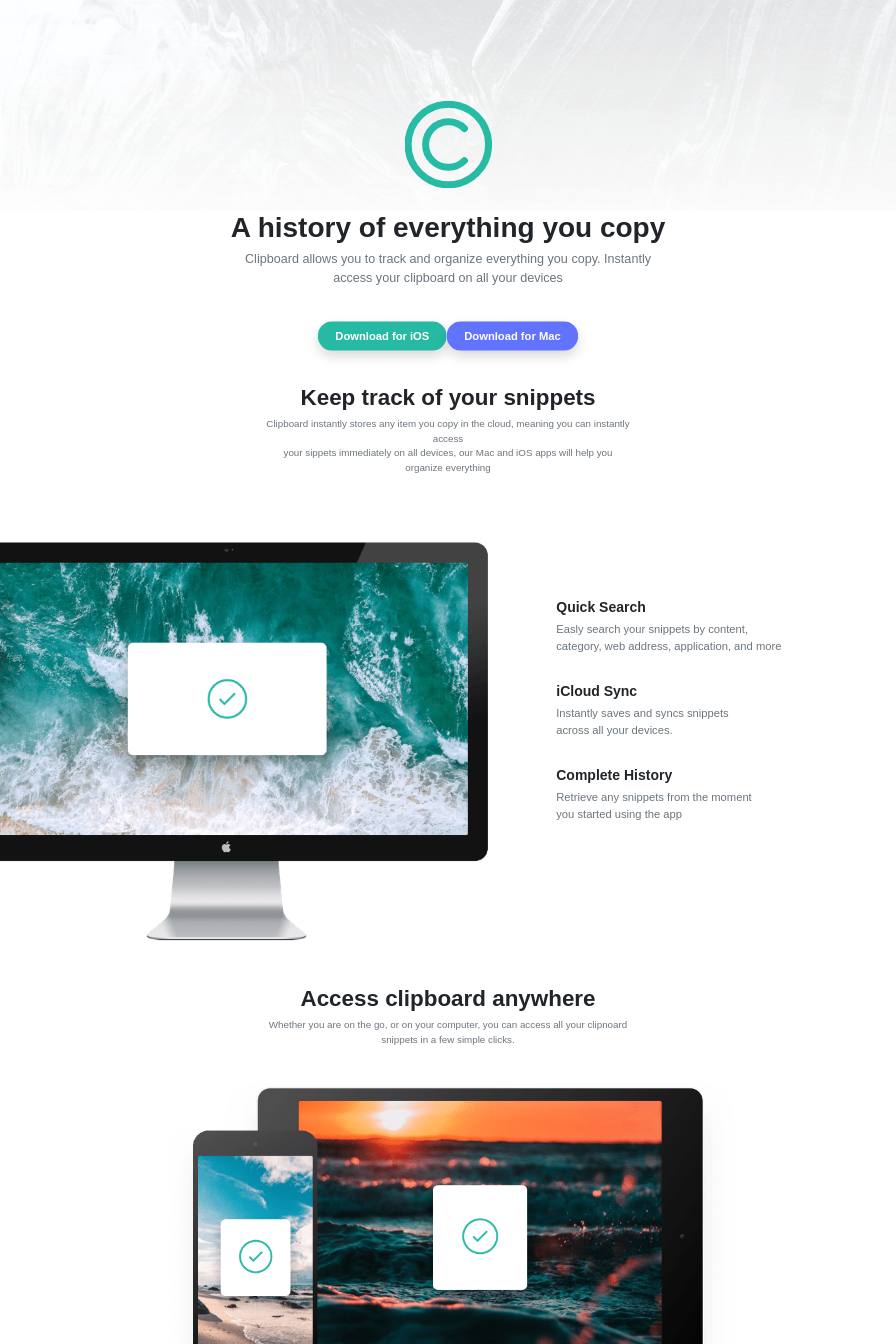
Repository: Kenkeluke/Clipboard-landing-page
Page: index.html
An editor plug-in stored every save of this project. The page is shown before and after a run of saves, followed by the edit.
The browser window is 1280 px wide. The pictures show the part of the page from y = 0 to 1920 px (the page is 3015 px tall before and 3019 px after), at 70% of full size.
Some web fonts or font styles are not loaded; a fallback is used.

Above is the page before, as saved 2022-09-03 23:50:12.

### index.html
<!DOCTYPE html>

<html>
  <head>
    <meta charset="utf-8">
    <meta http-equiv="X-UA-Compatible" content="IE=edge">
    <title> Clipboard landing page</title>
    <meta name="description" content="">
    <meta name="viewport" content="width=device-width, initial-scale=1">
    <link href="https://cdn.jsdelivr.net/npm/bootstrap@5.0.2/dist/css/bootstrap.min.css" rel="stylesheet" integrity="sha384-EVSTQN3/azprG1Anm3QDgpJLIm9Nao0Yz1ztcQTwFspd3yD65VohhpuuCOmLASjC" crossorigin="anonymous">
    <link rel="stylesheet" href="styles.css">
  </head>
  <body>

<section id="hero" class="container-fluid d-flex justify-content-center align-items-center pt-5 ">
  <figure class=" pt-5 pb-3 mt-5 mb-3">
    <img src="./images/logo.svg" alt="" class="img-fluid" >
  </figure>
</section>

<section  id="second" class="d-flex flex-column justify-content-center align-items-center mb-5">
  <h1 class="fw-bolder col-md-6 text-center"> A history of everything you copy </h1>

  <p class="text-muted col-md-6 text-center mb-5 paragraph">
    Clipboard allows you to track and organize everything you copy. Instantly<br> access your clipboard on all your devices
  </p>

  <div class="button-group d-flex flex-md-row flex-column justify-content-around">
    <button type="button" class="btn rounded-pill shadow cyan text-white py-2 px-4 fw-bolder">Download for iOS</button>
    <button type="button" class="btn rounded-pill shadow blue text-white py-2 px-4 fw-bolder fs-6">Download for Mac</button>
  </div>
</section>

<section id="third" class="d-flex flex-column justify-content-center align-items-center my-5">
  <h2 class="fw-bolder col-md-6 text-center"> Keep track of your snippets </h2>

  <p class="text-muted col-md-5 text-center mb-5 small-paragraph">
    Clipboard instantly stores any item you copy in the cloud, meaning you can instantly access<br>
  your sippets immediately on all devices, our Mac and iOS apps will help you <br> organize everything  </p>

</section>


<section id="fourth" class="d-flex flex-md-row flex-column my-5">

  <figure class="col-md-7">
    <img src="./images/image-computer.png" alt="mac monitor" srcset=""
    class="img-fluid image-cut">
  </figure>

  <article class="col-md-5 col d-flex flex-column justify-content-md-start justify-content-center mt-5 ps-md-5 pt-3">
    <div class="first-article justify-content-md-start justfy-content-center text-md-start text-center pt-3 mb-3 mb-md-0">
      <h5 class="fw-bolder"> Quick Search</h5>

      <p class="text-muted col-10 ms-4 ms-md-0">
       Easly search your snippets by content, <br>

      category, web address, application, and more </p>
    </div>

    <div class="second-article justify-content-md-start justfy-content-center text-md-start text-center pt-4 mb-4 mb-md-0">
      <h5 class="fw-bolder"> iCloud Sync</h5>

      <p class="text-muted col-10 ms-4 ms-md-0">
       Instantly saves and syncs snippets<br>

      across all your devices. </p>
    </div>

    <div class="first-article justify-content-md-start justfy-content-center text-md-start text-center pt-4 mb-3 mb-md-0">
      <h5 class="fw-bolder"> Complete History</h5>

      <p class="text-muted col-10 ms-4 ms-md-0">
       Retrieve any snippets from the moment <br>

      you started using the app</p>
    </div>

  </article>

</section>

<section id="fifth" class="d-flex flex-column justify-content-center align-items-center my-5">
  <h2 class="fw-bolder col text-center"> Access clipboard anywhere </h2>

  <p class="text-muted col text-center mb-5 small-paragraph">
    Whether you are on the go, or on your computer, you can access all your clipnoard<br>
  snippets in a few simple clicks.</p>


  <figure class="col ms-5 ps-5">
    <img src="./images/image-devices.png" alt="tablet and mobile device" srcset=""
    class="img-fluid" width="90%">
  </figure>



  <h2 class="fw-bolder col text-center"> Supercharge your workflow</h2>

  <p class="text-muted col text-center mb-5 small-paragraph">
    We've got the tools to boost your productively </p>

</section>



 <section id="features" class="d-flex flex-column flex-md-row justify-content-center mb-5 ">
  <div class="d-flex flex-column col-md-3 justify-content-center ">
    <figure class="text-center">
      <img src="./images/icon-blacklist.svg" alt="Grey scroll" srcset=""
      class="img-fluid text-center" width="10%">
    </figure>

    <h6 class="fw-bolder text-center"> Create blacklists</h6>

    <p class="text-muted  text-center mb-5 small-paragraph">
      Ensure sensitive information never makes its <br>
      way to your clipboard by excluding certain <br>
     </p>
</div>


  <div class="d-flex flex-column col-md-3 justify-content-center ">
    <figure class="text-center">
      <img src="./images/icon-text.svg" alt="texts" srcset=""
      class="img-fluid text-center" width="10%">
    </figure>

    <h6 class="fw-bolder text-center">Plain text snippets</h6>

    <p class="text-muted  text-center mb-5 small-paragraph">
      remove unwanted formatting from copied texts<br>
      for a consistent look.
     </p>
</div>

<div class="d-flex flex-column col-md-3 justify-content-center ">
  <figure class="text-center">
    <img src="./images/icon-preview.svg" alt="eyes preview" srcset=""
    class="img-fluid text-center" width="10%">
  </figure>

  <h6 class="fw-bolder text-center">Sneak preview</h6>

  <p class="text-muted  text-center mb-5 small-paragraph">
    Quick preview of all snippets on your clipboard<br>
    for easy access
   </p>

</div>

 </section>


<section id="Reviews" class="container d-flex flex-column flex-md-row justify-content-center mb-5 pb-5 ">
  <figure class="text-center col-md-2 text-center">
    <img src="./images/logo-google.png" alt="Google logo" srcset=""
    class="img-fluid text-center" width="50%">
  </figure>

  <figure class="text-center col-md-2 text-center mt-md-0 mt-5 ">
    <img src="./images/logo-IBM.png" alt="IBM logo" srcset=""
    class="img-fluid text-center" width="50%">
  </figure>


  <figure class="text-center col-md-2 text-center mt-md-0 mt-5">
    <img src="./images/logo-microsoft.png" alt="microsoft logo" srcset=""
    class="img-fluid text-center" width="50%">
  </figure>

  <figure class="text-center col-md-2 text-center mt-md-0 mt-5">
    <img src="./images/logo-hp.png" alt="HP logo" srcset=""
    class="img-fluid text-center" width="50%">
  </figure>

  <figure class="text-center col-md-2 mt-md-0 mt-5">
    <img src="./images/logo-vector-graphics.png" alt="Vector-graphics logo" srcset=""
    class="img-fluid text-bottom" width="50%">
  </figure>


</section>


<section  id="CTA" class="container d-flex flex-column justify-content-center align-items-center my-5 pb-5 px-5">
  <h3 class="fw-bolder col-md-6 text-center">Clipboard for iOS and Mac OS </h3>

  <p class="text-muted col-md-6 text-center mb-4 small-paragraph">
    Available for free on the App Store. Download for Mac or iOS, sync with iCloud<br> and
    you are ready to start adding to your clipboard.
  </p>

  <div class="button-group d-flex flex-md-row flex-column justify-content-around">
    <button type="button" class="btn rounded-pill shadow cyan text-white py-2 px-4 fw-bolder">Download for iOS</button>
    <button type="button" class="btn rounded-pill shadow blue text-white py-2 px-4 fw-bolder fs-6 ms-md-3 mt-3 mt-md-1">Download for Mac</button>
  </div>
</section>

<footer id="footer" class=" d-flex flex-md-row flex-column align-items-center pt-5 pb-4 justify-content-center">
<figure class="d-flex justify-content-end col-md-1 col-3">
  <img src="./images/logo.svg" alt="clipboard-logo" srcset=""  class="w-75 ps-2 ps-md-1">
</figure>

<section class="middle-class d-flex flex-md-row flex-column justify-content-center  justify-content-md-start col-md-6 pt-2">
  <ul class="one d-flex flex-column  text-center text-md-start">
    <a href="#" class="none small-paragraph text-muted" aria-current="true">
     FAQs
    </a>
    <a href="#" class="none small-paragraph text-muted pt-3">Contact Us</a>

  </ul>
  <ul class="two d-flex flex-column ms-md-5 text-center text-md-start">
    <a href="#" class="none small-paragraph text-muted">Privacy policy</a>
    <a href="#" class="none small-paragraph text-muted pt-3">Press kit</a>
  </ul>

  <ul class="three d-flex flex-column ms-md-5 text-center text-md-start">
    <a href="#" class="none small-paragraph text-muted">Install guide</a>
    </ul>
 </section>

 <div class="social d-flex justify-content-between justify-content-md-center col-4">
  <a href="#" class="ms-4">
    <img src="./images/icon-facebook.svg" alt="facebook-logo" srcset="" class="img-fluid" >
  </a>

  <a href="#" class="ms-4">
    <img src="./images/icon-twitter.svg" alt="twitter-logo" srcset="" class="img-fluid" >
</a>

  <a href="#" class="ms-4">
    <img src="./images/icon-instagram.svg" alt="instagram-logo" srcset="" class="img-fluid">
  </a>
 </div>
</footer>


  <script src="https://cdn.jsdelivr.net/npm/@popperjs/core@2.9.2/dist/umd/popper.min.js" integrity="sha384-IQsoLXl5PILFhosVNubq5LC7Qb9DXgDA9i+tQ8Zj3iwWAwPtgFTxbJ8NT4GN1R8p" crossorigin="anonymous"></script>
  <script src="https://cdn.jsdelivr.net/npm/bootstrap@5.0.2/dist/js/bootstrap.min.js" integrity="sha384-cVKIPhGWiC2Al4u+LWgxfKTRIcfu0JTxR+EQDz/bgldoEyl4H0zUF0QKbrJ0EcQF" crossorigin="anonymous"></script>
  </body>
</html>

### styles.css
@import url('https://fonts.googleapis.com/css2?family=Bai+Jamjuree:ital,wght@0,200;0,300;0,400;0,500;0,600;1,300&display=swap');

body{
    font-family: 'Bai Jamjuree', sans-serif;
    background-color:  hsl(0, 0%, 100%);
    ;
}

#hero{
    background-image: url(./images/bg-header-desktop.png);
}

.paragraph{
    font-size: 18px;
}

.cyan{
background-color: hsl(171, 66%, 44%);
}

.blue{
    background-color: hsl(233, 100%, 69%);
}


.small-paragraph{
    font-size: 14px;
}
.tiny-paragraph{
    font-size: 12px;
}

.image-cut{
    margin-left: -50px
}

footer{
    background-color: hsla(210, 15%, 92%, 0.574);
}

.none{
    list-style: none;
    text-decoration: none;
}

After the next 2 saves:
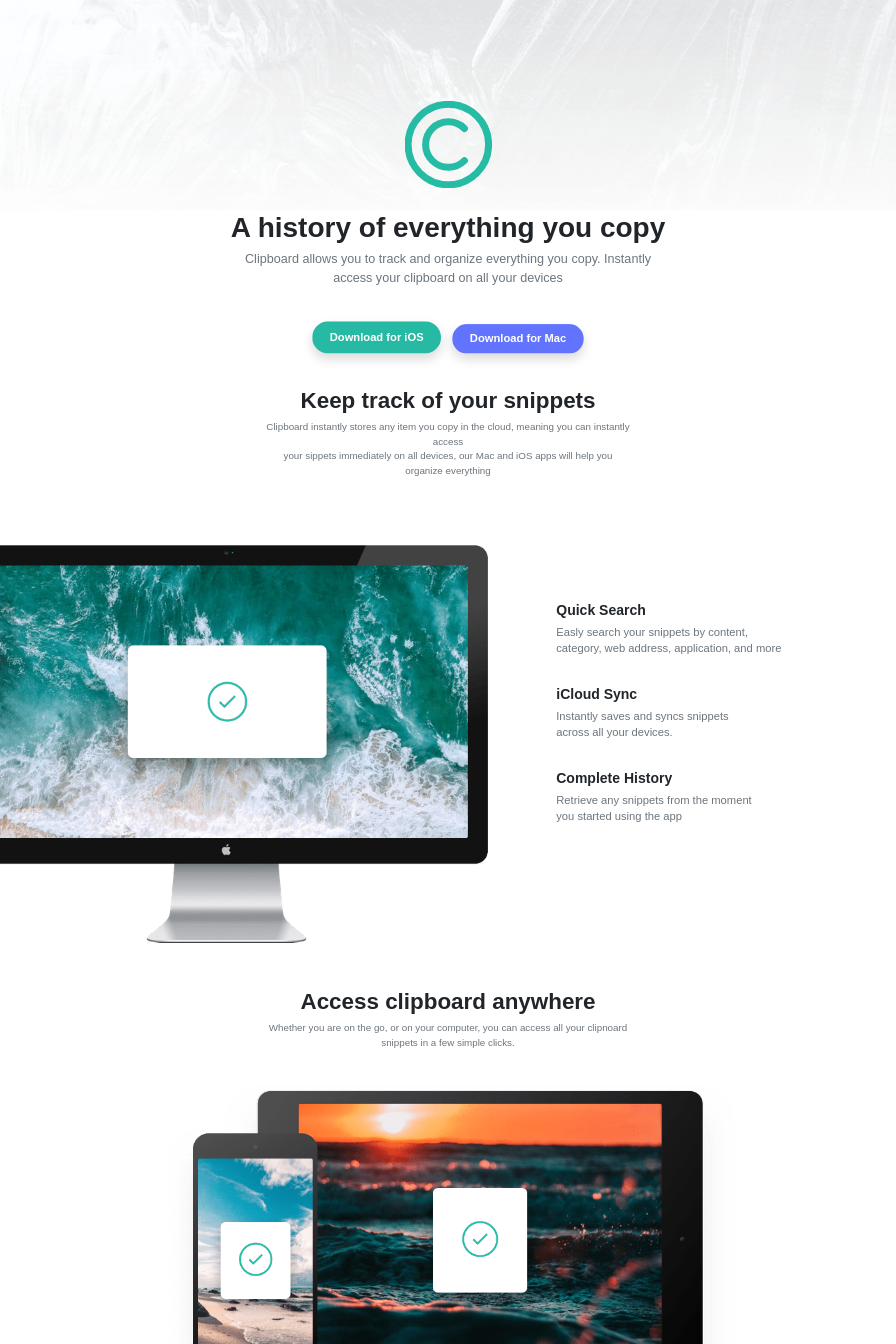
The 2 saves are shown as one change because they came seconds apart.
The last was saved 103 s later.
--- a/index.html
+++ b/index.html
@@ -27,7 +27,7 @@
 
   <div class="button-group d-flex flex-md-row flex-column justify-content-around">
     <button type="button" class="btn rounded-pill shadow cyan text-white py-2 px-4 fw-bolder">Download for iOS</button>
-    <button type="button" class="btn rounded-pill shadow blue text-white py-2 px-4 fw-bolder fs-6">Download for Mac</button>
+    <button type="button" class="btn rounded-pill shadow blue text-white py-2 px-4 fw-bolder fs-6 ms-md-3 mt-3 mt-md-1">Download for Mac</button>
   </div>
 </section>
 
